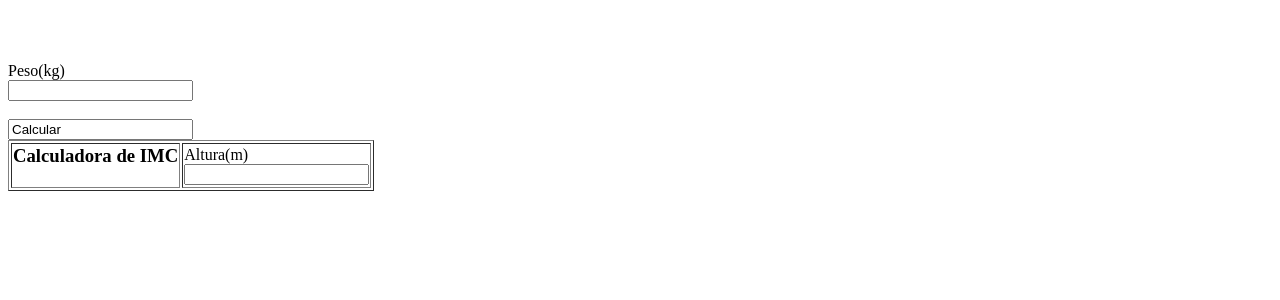
Repository: Patriciamativi/Projetos
Page: index.html
The author's editor kept a copy of each file at every save. The page is drawn from the files as they stood at one save, then again after the next save.
The browser window is 1280 px wide. The pictures show the whole page.

Above is the page before, as saved 2022-11-17 20:55:22.

After the next save:
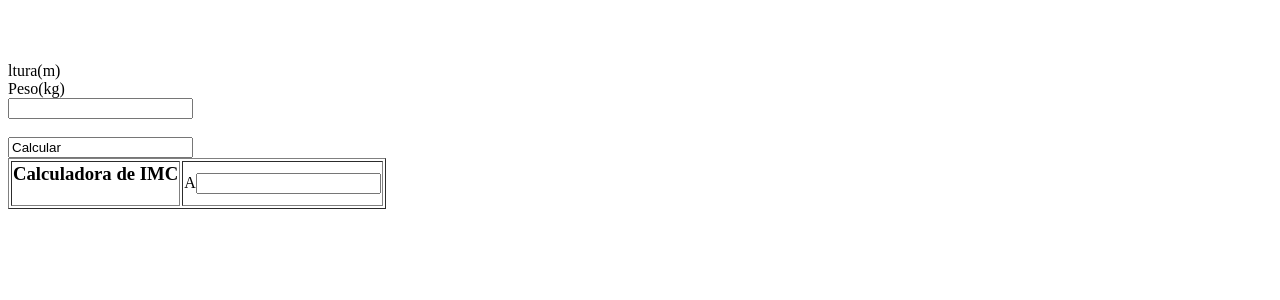
Saved 18 s later.
--- a/index.html
+++ b/index.html
@@ -10,8 +10,8 @@
             <td><h3>Calculadora de IMC</h3></td>
 
     <br>
-        <td>Altura(m)<br/>
-        <input type: "number" > </br></td>
+        ltura(m)<br/>
+        <td>A<input type: "number" > </br></td>
 
         Peso(kg)<br/>
         <input type: "number" > </br></br>
